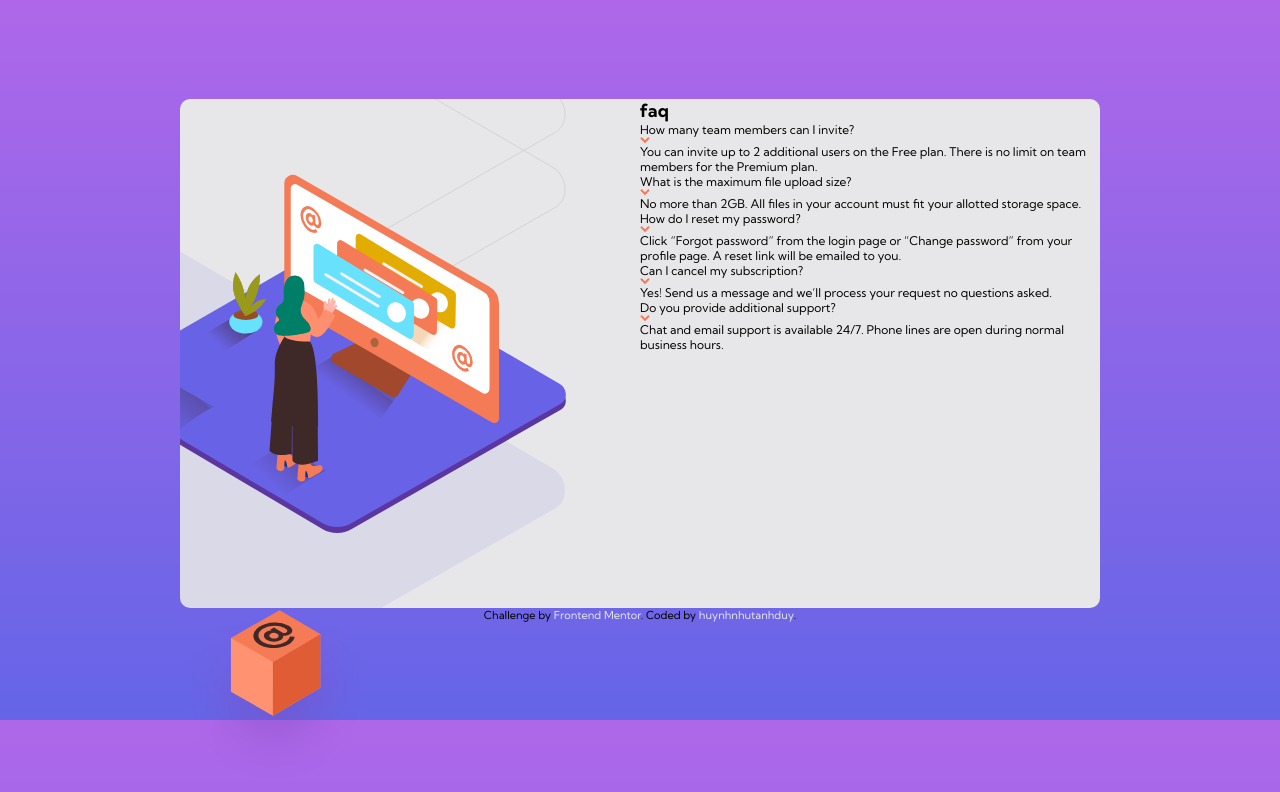
Repository: huynhnhutanhduy/faq-accordion-card
Page: index.html
These files come from the project's save history. The page is drawn as it stood at one moment and after a run of saves; the edit follows.
The browser window is 1280 px wide. The pictures show the whole page.

Above is the page before, as saved 2022-10-22 13:18:26.

After the next 2 saves:
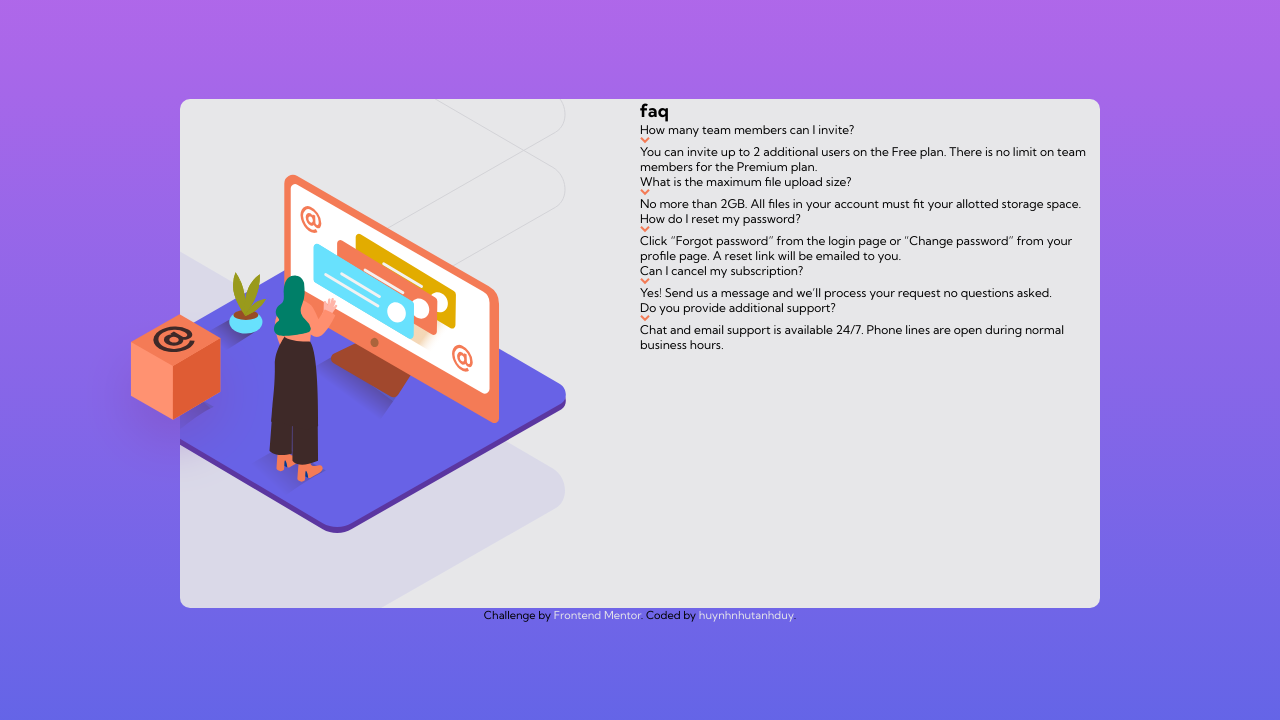
The 2 saves are shown as one change because they came seconds apart.
The last was saved 16 s later.
--- a/app.css
+++ b/app.css
@@ -65,10 +65,14 @@ img {
 .card-media {
   position: relative;
 }
-
 .card-img {
   background: url("./images/illustration-woman-online-desktop.svg");
   height: 100%;
   background-repeat: no-repeat;
   background-position: 120% center;
 }
+.card-box {
+  position: absolute;
+  top: 42%;
+  left: -25%;
+}
